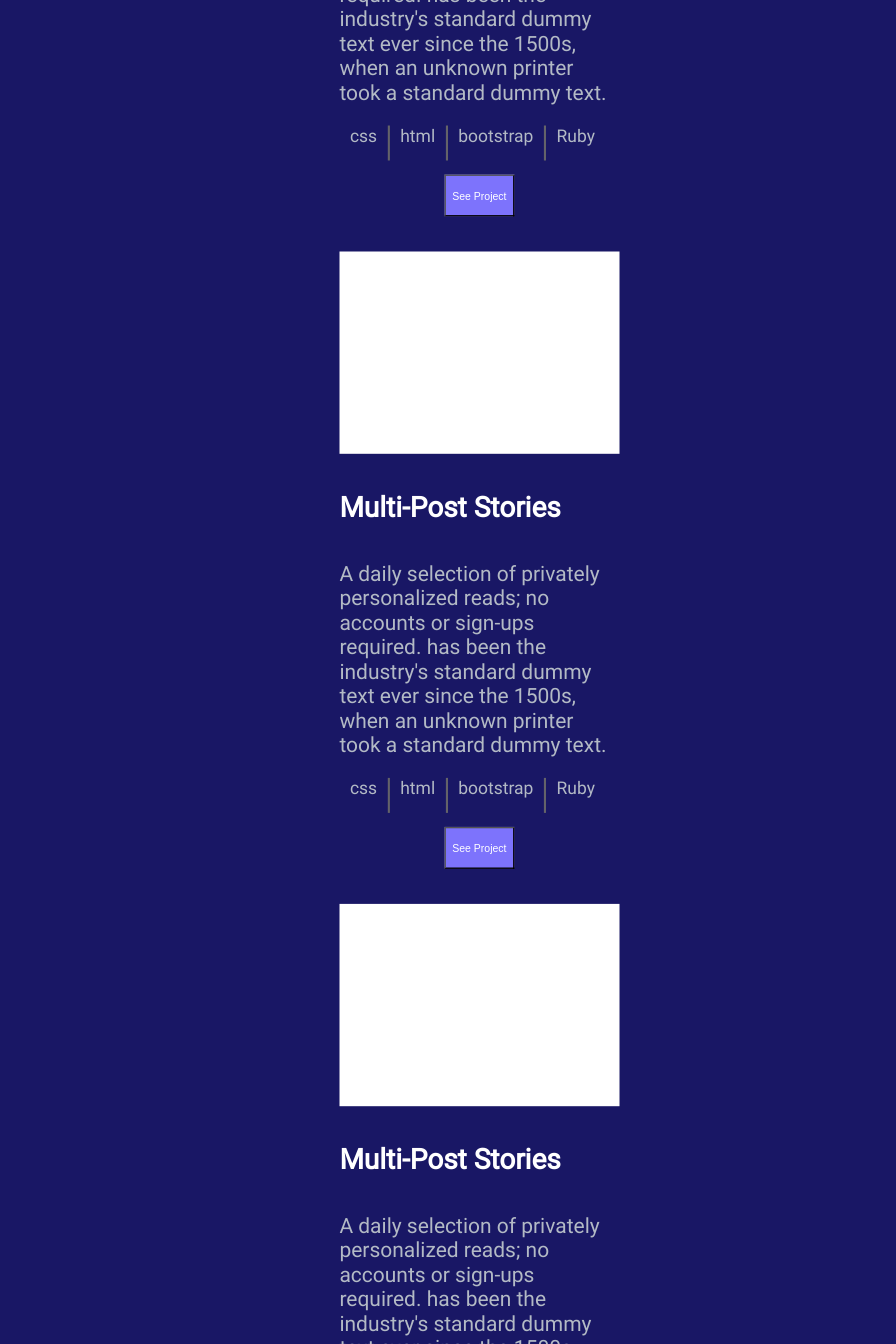
Repository: mustabbas/Portfolio
Page: index.html
An editor plug-in stored every save of this project. The page is shown before and after the next save, followed by the edit.
The browser window is 1280 px wide. The pictures show the part of the page from y = 1785 to 3705 px (the page is 5808 px tall), at 70% of full size.

Above is the page before, as saved 2021-08-16 19:21:18.

### index.html
<!DOCTYPE html>
<html lang="en">
<head>
    <meta charset="UTF-8">
    <meta name="viewport" content="width=device-width, initial-scale=1.0">
    <meta http-equiv="X-UA-Compatible" content="ie=edge">
    <link rel="stylesheet" href="style.css"/>
    <title>Mustafa Portfolio</title>
</head>
<body>
    <section class="container">
        <header class="header">
            <a href="#"><h2>Mustafa Abbas</h2></a>
            <nav class="humberger">
            <img  src="./assets/img/humberger.png" alt="humberger"/>
            <img  src="./assets/img/humberger.png" alt="humberger"/>
            <img  src="./assets/img/humberger.png" alt="humberger"/>
            </nav>
            <ul class="main-nav">
                <li><a href="#">Portoflio</a></li>
                <li><a href="#">About</a></li>
                <li><a href="#">Contact</a></li>
                <li ><a href="#"><img class="email-pic" src="./assets/img/Icon-Mail.png" alt="email"/></a></li >
            </ul>
        </header>
        <div class="head-wraper">
            <div class="title-wraper">
                <h1>Mustafa Abbas</h1>
                <h2>Software Developer</h2>
            </div>
        </div>
        <div class="box"><p>I can help you build a product , feature or website Look through some of my work and experience! If you like what you see and have a project you need coded,  don’t hestiate to contact me.</p></div>
        <div class="line"></div>
        <div class="skills">
        <ul>
            <li>Language</li>
            <li>Javascript</li>
            <li>Ruby</li>
            <li>Html</li>
            <li>Css</li>
        </ul>
        <ul>
            <li>Frameworks</li>
            <li>Ruby on Rails</li>
            <li>Bootstrap</li>
            <li>RSPec</li>
            <li>CapyBara</li>
        </ul>
        <ul>
            <li>Skills</li>
            <li>Codekit</li>
            <li>Github</li>
            <li>Codepen</li>
            <li>Gitlab</li>
        </ul>
      </div>
      <div class="line"></div>
    </section>
        <div class="footer-nav">
            <div class="work-container upper">
            <span>Work</span>
            <div class="arrow-container">
            <img src="./assets/img/Vector-line-arrow.png" alt="Vector-line-arrow"/>
            <img src="./assets/img/Vector-arrow.png" alt="Vector-arrow"/>
             </div>
            </div>
            <div class="vector-container">
                <ul>
                    <li><img src="./assets/img/Vector-github.png" alt="Vector-github"/></li>
                    <li>
                        <div class="linked-container">
                            <div>
                                <img src="./assets/img/Vector-dot-linkedin.png" alt="Vector-dot-linkedin"/>
                                <img src="./assets/img/Vector-line-linkedin.png" alt="Vector-line-linkedin"/>
                          </div>
                                <img id="vector2" src="./assets/img/Vector-n-linkedin.png" alt="Vector-n-linkedin"/>
                         </div>
                    </li>
                    <li> <img src="./assets/img/Vector.png" alt="Vector"/></li>
                    <li><img src="./assets/img/Vector-twitter.png" alt="Vector-twitter"/></li>
                    <li> <img src="./assets/img/Vector-M.png" alt="Vector-M"/></li>
                </ul>

             </div>
             <div class="work-container">
            <div class="arrow-container">
            <img src="./assets/img/Vector-line-arrow.png" alt="Vector-line-arrow"/>
            <img src="./assets/img/Vector-arrow.png" alt="Vector-arrow"/>
            </div>
            <span>Work</span>
            </div>
        </div>
    <section class="recent-work">
    <h3>My recent work</h3>
    <div class="line"></div>
    <div class="card">
       <img src="./assets/img/Placeholder.png" alt="Placeholder"/>
       <div class="card-body">
           <h4>Multi-Post Stories</h4>
           <p>A daily selection of privately personalized reads; no accounts or sign-ups required. has been the industry's standard dummy text ever since the 1500s, when an unknown printer took a standard dummy text.</p>
            <ul>
                <li>css</li>
                <li class="vertical-line"></li>
                <li>html</li>
                <li class="vertical-line"></li>
                <li>bootstrap</li>
                <li class="vertical-line"></li>
                <li>Ruby</li>
            </ul>
            <button class="button">See Project</button>
       </div>
    </div>
    <div class="card">
        <img src="./assets/img/Placeholder.png" alt="Placeholder"/>
        <div class="card-body">
            <h4>Multi-Post Stories</h4>
            <p>A daily selection of privately personalized reads; no accounts or sign-ups required. has been the industry's standard dummy text ever since the 1500s, when an unknown printer took a standard dummy text.</p>
             <ul>
                 <li>css</li>
                 <li class="vertical-line"></li>
                 <li>html</li>
                 <li class="vertical-line"></li>
                 <li>bootstrap</li>
                 <li class="vertical-line"></li>
                 <li>Ruby</li>
             </ul>
             <button class="button">See Project</button>
        </div>
     </div>
     <div class="card">
        <img src="./assets/img/Placeholder.png" alt="Placeholder"/>
        <div class="card-body">
            <h4>Multi-Post Stories</h4>
            <p>A daily selection of privately personalized reads; no accounts or sign-ups required. has been the industry's standard dummy text ever since the 1500s, when an unknown printer took a standard dummy text.</p>
             <ul>
                 <li>css</li>
                 <li class="vertical-line"></li>
                 <li>html</li>
                 <li class="vertical-line"></li>
                 <li>bootstrap</li>
                 <li class="vertical-line"></li>
                 <li>Ruby</li>
             </ul>
             <button class="button">See Project</button>
        </div>
     </div>
     <div class="card">
        <img src="./assets/img/Placeholder.png" alt="Placeholder"/>
        <div class="card-body">
            <h4>Multi-Post Stories</h4>
            <p>A daily selection of privately personalized reads; no accounts or sign-ups required. has been the industry's standard dummy text ever since the 1500s, when an unknown printer took a standard dummy text.</p>
             <ul>
                 <li>css</li>
                 <li class="vertical-line"></li>
                 <li>html</li>
                 <li class="vertical-line"></li>
                 <li>bootstrap</li>
                 <li class="vertical-line"></li>
                 <li>Ruby</li>
             </ul>
             <button class="button">See Project</button>
        </div>
     </div>
    </section>

    <section class="card-container">
        <div class="card">
        <div class="card-body">
        <h3>CONTACT US</h3>
        <p>If you have an application you are interested in developing, a feature that you need built or a project that needs coding. I’d love to help with it </p>
        <input type="text" placeholder="Text Input" />
        <input type="email" placeholder="jeremy@gmail.com" />
        <textarea rows="15" cols="48" placeholder="Enter text here"></textarea>
        <button class="button">See Project</button>
        </div>
        <div class="footer-nav">
            <div class="work-container upper">
            <span>Work</span>
            <div class="arrow-container">
            <img src="./assets/img/Vector-line-arrow.png" alt="Vector-line-arrow"/>
            <img src="./assets/img/Vector-arrow.png" alt="Vector-arrow"/>
             </div>
            </div>
            <div class="vector-container">
                <ul>
                    <li><img src="./assets/img/Vector-github.png" alt="Vector-github"/></li>
                    <li>
                        <div class="linked-container">
                            <div>
                                <img src="./assets/img/Vector-dot-linkedin.png" alt="Vector-dot-linkedin"/>
                                <img src="./assets/img/Vector-line-linkedin.png" alt="Vector-line-linkedin"/>
                          </div>
                                <img src="./assets/img/Vector-n-linkedin.png" alt="Vector-n-linkedin"/>
                         </div>
                    </li>
                    <li> <img src="./assets/img/Vector.png" alt="Vector"/></li>
                    <li><img src="./assets/img/Vector-twitter.png" alt="Vector-twitter"/></li>
                    <li> <img src="./assets/img/Vector-M.png" alt="Vector-M"/></li>
                </ul>

             </div>
            <span>emailhere@email.com</span>
        </div>
    </div>
    </section>


</body>
</html>

### style.css
@font-face {
  font-family: 'roboto';
  src: url(assets/font/Roboto/Roboto-Regular.ttf);
}

body {
  background-color: #191765;
  font-family: 'roboto', sans-serif;
}

ul {
  margin: 0;
  padding: 0;
  list-style: none;
}

h1 {
  color: #9390ff;
}

p,
h2,
td,
li,
a,
span {
  color: #b3bac5;
}
/* p {color: black;} */

.header {
  display: flex;
  justify-content: space-around;
  align-items: center;
}

.header a {
  text-decoration: none;
}

.main-nav {
  display: flex;
}

.main-nav a {
  display: block;
  padding: 1em;
  text-decoration: none;
}

.head-wraper {
  display: flex;
  justify-content: center;
  align-items: center;
  background-image: url("./assets/img/circle1header.svg");
  background-repeat: no-repeat;
  background-position: -160px -50px;
}

.title-wraper {
  flex-direction: column;
  justify-content: center;
}

.title-wraper h1 {
  font-size: 3rem;
}

.title-wraper h2 {
  font-size: 2rem;
  margin-top: 0;
}

.container {
  display: flex;
  flex-direction: column;
  justify-content: center;
  align-items: center;
  width: 500px;
}

.box {
  min-width: 450px;
  width: 33.333%;
  margin: 50px;
}

.box p {
  font-size: 20px;
  font-weight: 300;
  text-align: center;
  color: #b3bac5;
}

.line {
  min-width: 450px;
  width: 33.333%;
  border-bottom: 1px solid #646369;
}

.skills {
  display: flex;
  justify-content: space-between;
  flex-wrap: wrap;
  width: 500px;
  background-image: url("./assets/img/circle1header.svg");
  background-repeat: no-repeat;
  background-position: 400px 10px;
}

.skills ul {
  width: 40%;
  margin-top: 20px;
  margin-left: 40px;
}

.skills li {
  margin: 20px;
}

.skills ul li:first-child {
  color: #9390ff;
}

.email-pic {
  color: #b3bac5;
}

.footer-nav {
  display: flex;
  justify-content: space-around;
  align-items: center;
  margin-top: 40px;
}

.work-container .work-container2 {
  display: flex;
  justify-content: space-around;
}

.vector-container ul {
  display: flex;
  justify-content: center;
  align-items: center;
}

.vector-container img {
  margin-left: 10px;
}

.arrow-container {
  display: flex;
  flex-direction: column;
  align-items: flex-start;
  margin-right: 10px;
}

.arrow-container img:first-child {
  margin-left: 9px;
}

.arrow-container img:last-child {
  margin-top: -8px;
}

.linked-container {
  display: flex;
}

.linked-container div {
  display: flex;
  flex-direction: column;
}

#vector2 {
  margin-left: auto;
}

h3 {
  font-size: 45px;
  color: #9390ff;
  margin: 20px;
  text-transform: uppercase;
  margin-left: 150px;
}

.recent-work {
  display: grid;
  grid-template-columns: auto;
  grid-template-rows: auto;
  justify-content: center;
}

.card-container {
  display: grid;
  grid-template-columns: auto;
  grid-template-rows: auto;
  justify-content: center;
}

.card {
  display: flex;
  flex-direction: column;
  width: 400px;
  margin-left: 120px;
  margin-top: 50px;
}

.card-body h4 {
  font-size: 40px;
  color: #fff;
}

.card-body p {
  font-size: 30px;
  text-align: left;
}

.card-body h3 {
  font-size: 45px;
  color: #9390ff;
  margin: 20px;
  text-transform: uppercase;
}

.card-body ul {
  /* display: flex;
  justify-content: space-around; */
  /* font-size: 30px; */
  /* text-align: left; */
}

.card-body li {
   float: left;
   margin-left: 15px;
   font-size: 25px;
}

.vertical-line {
  height: 50px;
  border-right: 3px solid #646369;
}

.button {
  background-color: #7d73fc;
  width: 100px;
  height: 60px;
  color: #fff;
  font-size: 15px;
  margin-top: 20px;
  margin-left: 150px;
}

.button:hover {
  box-shadow: 0 8px 16px rgba(125, 115, 252, 0.48);
}

input {
  width: 100%;
  height: 60px;
  padding: 12px 20px;
  margin: 8px 0;
  display: inline-block;
  border: 1px solid #ccc;
  border-radius: 4px;
  box-sizing: border-box;
}

textarea::placeholder {
  font-size: 20px;
  padding: 20px;
}

@media only screen and (max-width: 500px) {
  .header {
    width: 500px;
    justify-content: space-around;
  }

  .header ul {
    display: none;
  }

  .main-nav {
    flex-direction: column;
  }

  .head-wraper {
    width: 500px;
  }

  .head-wraper img {
    margin-left: -200px;
  }

  .right {
    margin-right: -100px;
  }

  .container img {
    margin-right: -500px;
  }

  .humberger {
    display: flex;
    flex-direction: column;
    justify-content: space-between;
  }

  .humberger img {
    width: 33.33px;
    height: 3px;
    margin: 5px;
    background-color: #b3bac5;
  }

  .footer-nav {
    width: 500px;
    flex-direction: column;
  }

  .upper {
    display: none !important;
  }

  .work-container {
    display: flex;
    margin-top: 30px;
  }
}

After the next save:
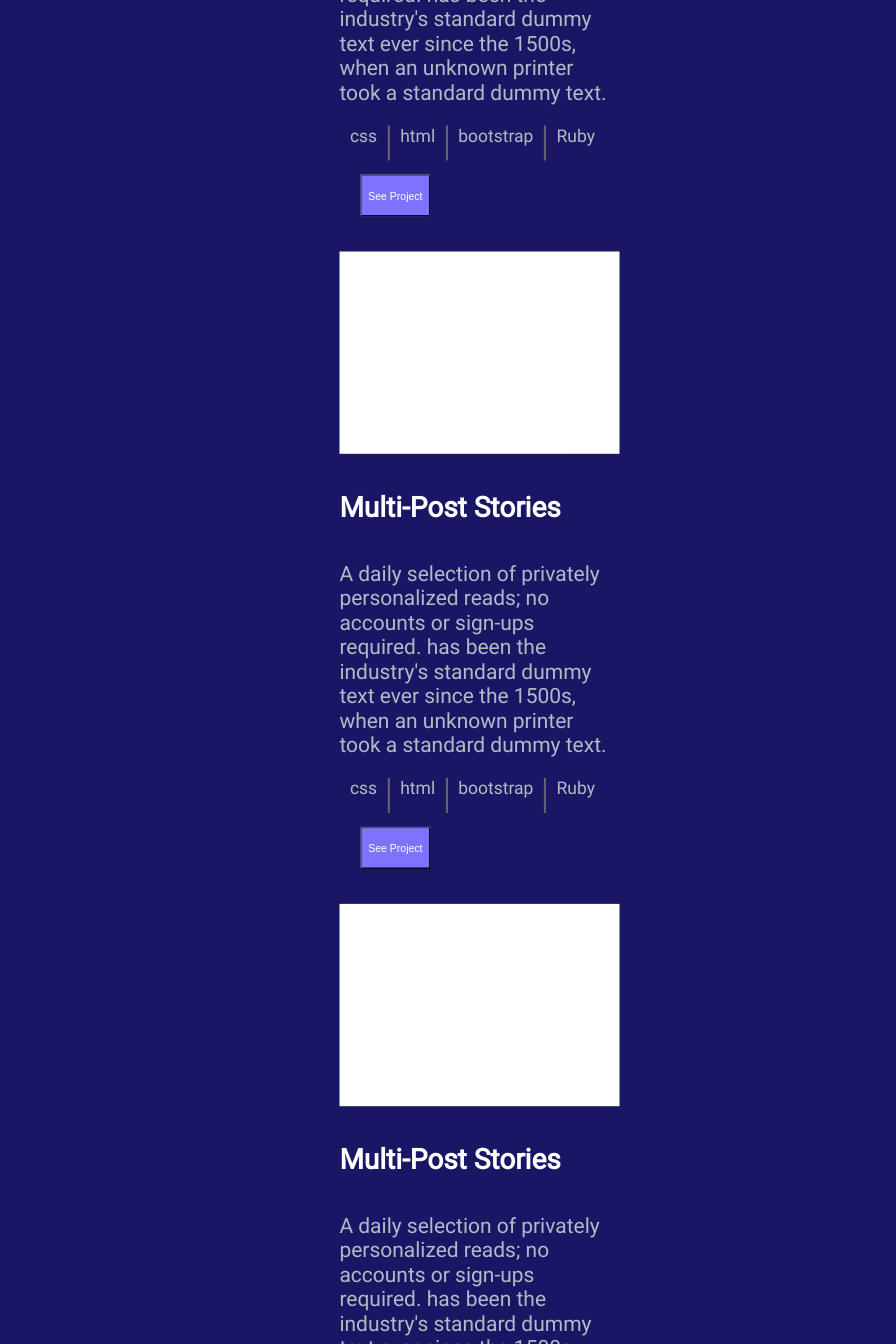
Saved 100 s later.
--- a/style.css
+++ b/style.css
@@ -246,9 +246,10 @@ h3 {
   width: 100px;
   height: 60px;
   color: #fff;
+  float: left;
   font-size: 15px;
   margin-top: 20px;
-  margin-left: 150px;
+  margin-left: 30px;
 }
 
 .button:hover {
